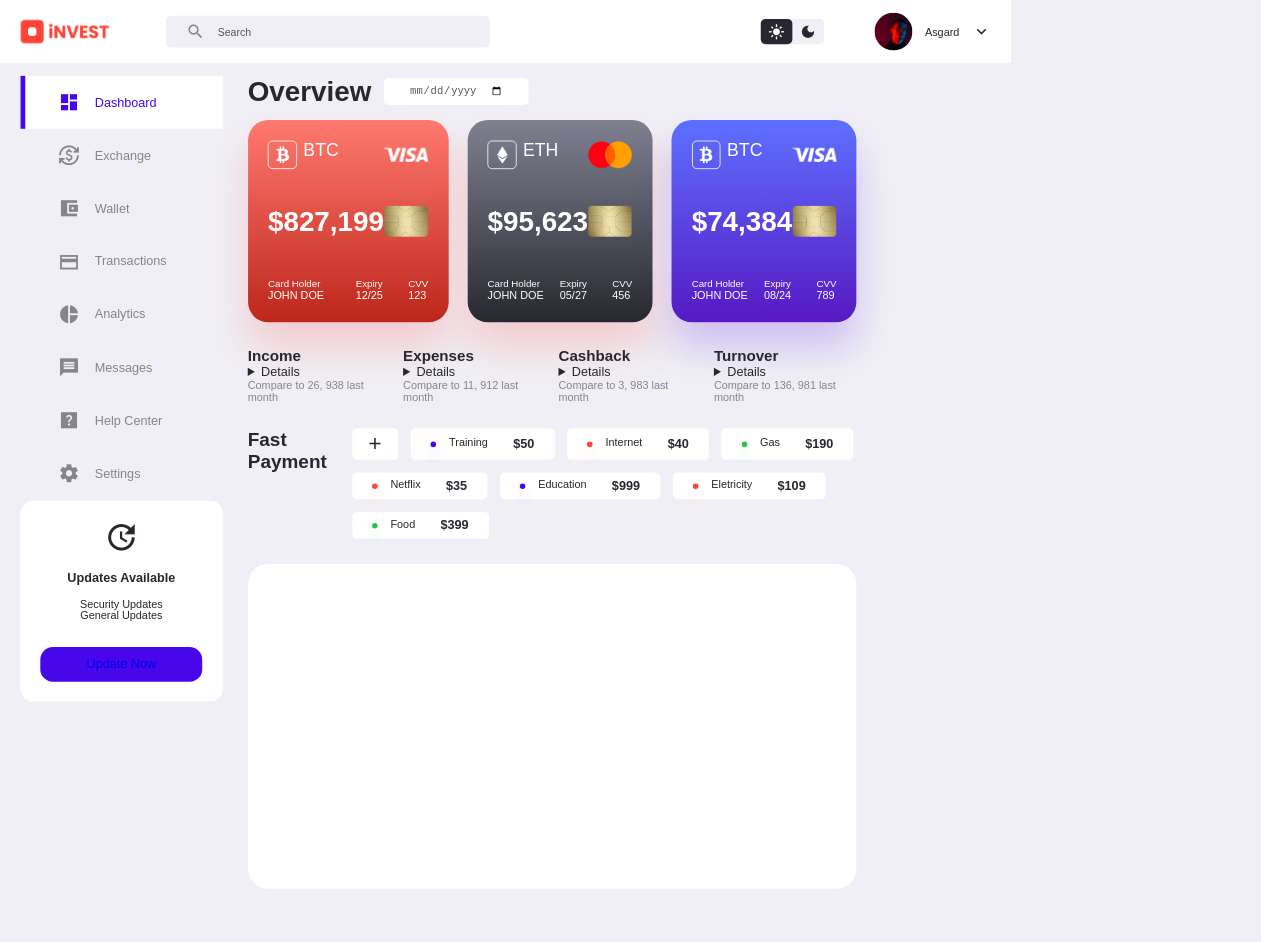
Repository: eziocdl/Admin_Dash
Page: index.html
These files come from the project's save history. The page is drawn as it stood at one moment and after the next save; the edit follows.
The browser window is 1280 px wide. The page is 1596 px wide, so the pictures cover 1596 px, including what lies to the right of the window. The pictures show the whole page, at 79% of full size.
Some web libraries are served in a nearby version.

Above is the page before, as saved 2023-06-14 14:44:08.
Console error: TypeError: chart is not a constructor

### index.html
<!DOCTYPE html>
<html lang="pt-BR">
<head>
    <meta charset="UTF-8">
    <meta http-equiv="X-UA-Compatible" content="IE=edge">
    <meta name="viewport" content="width=device-width, initial-scale=1.0">
    <title>DashBoard Responsiva</title>
    <!--MATERIAL ICONS CDN-->
    <link href="https://fonts.googleapis.com/icon?family=Material+Icons+Sharp" rel="stylesheet">
    <!--GOOGLE FONTES (POPPINS)-->
    <link rel="preconnect" href="https://fonts.googleapis.com">
<link rel="preconnect" href="https://fonts.gstatic.com" crossorigin>
<link href="https://fonts.googleapis.com/css2?family=Poppins:wght@300;400;500;600;700&display=swap"
   rel="stylesheet">
    <!--STYLESHEET-->
<link rel="stylesheet" href="style.css">
</head>
<body>
    <!--NAVEGACAO-->
    <nav>
        <div class="container">
            <img src="./images/logo.png" class="logo">
            <div class="search-bar">
                <span class="material-icons-sharp">search</span>
                <input type="search" placeholder="Search">
            </div>
            <div class="profile-area">
                <div class="theme-btn">
                    <span class="material-icons-sharp active">light_mode</span>
                    <span class="material-icons-sharp">dark_mode</span>
            </div>
            <div class="profile">
                    <div class="profile-photo">
                        <img src="./images/profile-1.jpg">
                    </div>
                    <h5>Asgard</h5>
                    <span class="material-icons-sharp">expand_more</span>
            </div>
            <button id="menu-btn">
                    <span class="material-icons-sharp">menu</span>
                </button>

            </div>

        </div>
    </nav>
    <!--FINAL DA NAVEGACAO-->

    <main>
        <aside>
            <button id="close-btn">
                <span class="material-icons-sharp">close</span>

            </button>

            <div class="sidebar">
                <a href="#" class="active">
                    <span class="material-icons-sharp">dashboard</span>
                    <h4>Dashboard</h4>
                </a>

                <a href="#">
                    <span class="material-icons-sharp">currency_exchange</span>
                    <h4>Exchange</h4>
                </a>

                <a href="#">
                    <span class="material-icons-sharp">account_balance_wallet</span>
                    <h4>Wallet</h4>
                </a>

                <a href="#">
                    <span class="material-icons-sharp">payment</span>
                    <h4>Transactions</h4>
                </a>

                <a href="#">
                    <span class="material-icons-sharp">pie_chart</span>
                    <h4>Analytics</h4>
                </a>

                <a href="#">
                    <span class="material-icons-sharp">message</span>
                    <h4>Messages</h4>
                </a>

                <a href="#">
                    <span class="material-icons-sharp">help_center</span>
                    <h4>Help Center</h4>
                </a>

                <a href="#">
                    <span class="material-icons-sharp">settings</span>
                    <h4>Settings</h4>
                </a>
            </div>
            <!------------------FINAL DO SIDEBAR------------------------------------------------>
            <div class="updates">
                <span class="material-icons-sharp">update</span>
                    <h4>Updates Available</h4>
                    <p>Security Updates</p>
                    <p>General Updates</p>
                    <a href="#">Update Now</a>
            </div>
        </aside>
        <!--FINAL DO ASIDE-->

        <section class="middle">
            <div class="header">
                <h1>Overview</h1>
                <input type="date">
            </div>

            <div class="cards">
                <div class="card">
                    <div class="top">
                        <div class="left">
                            <img src="./images/BTC.png">
                            <h2>BTC</h2>
                        </div>
                        <img src="./images/visa.png" class="right">
                    </div>

                    <div class="middle">
                             <h1>$827,199</h1>
                             <div class="chip">
                               <img src="./images/card chip.png">
                            </div>
                    </div>

                    <div class="bottom">
                        <div class="left">
                           <small>Card Holder</small>
                           <h5>JOHN DOE</h5>
                        </div>

                        <div class="right">
                            <div class="expiry">
                                <small>Expiry</small>
                                <h5>12/25</h5>
                            </div>
                            <div class="cvv">
                                <small>CVV</small>
                                <h5>123</h5>
                            </div>
                        </div>
                    </div>
                </div>
                <!-------------------FINAL DO CARTAO------------------------------------------------->
                <div class="card">
                    <div class="top">
                        <div class="left">
                            <img src="./images/ETH.png">
                            <h2>ETH</h2>
                        </div>
                        <img src="./images/master card.png" class="right">
                    </div>

                    <div class="middle">
                        <h1>$95,623</h1>
                        <div class="chip">
                            <img src="./images/card chip.png">
                        </div>
                    </div>

                    <div class="bottom">
                        <div class="left">
                           <small>Card Holder</small>
                           <h5>JOHN DOE</h5>
                        </div>

                        <div class="right">
                            <div class="expiry">
                                <small>Expiry</small>
                                <h5>05/27</h5>
                            </div>
                            <div class="cvv">
                                <small>CVV</small>
                                <h5>456</h5>
                            </div>
                        </div>
                    </div>
                </div>
                <!-------------------FINAL DO CARTAO 1------------------------------------------------->

                <div class="card">
                    <div class="top">
                        <div class="left">
                            <img src="./images/BTC.png">
                            <h2>BTC</h2>
                        </div>
                     <img src="./images/visa.png" class="right">
                    </div>

                    <div class="middle">
                        <h1>$74,384</h1>
                        <div class="chip">
                            <img src="./images/card chip.png">
                        </div>

                    </div>

                    <div class="bottom">
                        <div class="left">
                           <small>Card Holder</small>
                           <h5>JOHN DOE</h5>
                        </div>

                        <div class="right">
                            <div class="expiry">
                                <small>Expiry</small>
                                <h5>08/24</h5>
                            </div>
                            <div class="cvv">
                                <small>CVV</small>
                                <h5>789</h5>
                            </div>
                        </div>
                    </div>
                </div>
                <!-------------------FINAL DO CARTAO 2------------------------------------------------->
            </div>

            <!-------------------FINAL DOS CARDS-------------------------------------------------->
            <div class="monthly-report">
                <div class="report">
                     <h3>Income</h3>
                     <div>
                        <details>
                            <h1>29,023</h1>
                            <h6 class="success">+3.5%</h6>
                        </details>
                        <p class="text-muted">Compare to 26,
                        938 last month</p>
                     </div>
                </div>
               <!-- END OF INCOME REPORT--->
                <div class="report">
                    <h3>Expenses</h3>
                    <div>
                       <details>
                           <h1>9,005</h1>
                           <h6 class="danger">-6.5%</h6>
                       </details>
                       <p class="text-muted">Compare to 11,
                       912 last month</p>
                    </div>
               </div>
               <!-- END OF EXPENSES REPORT --->
               <div class="report">
                     <h3>Cashback</h3>
                     <div>
                        <details>
                            <h1>4,7004</h1>
                            <h6 class="success">+7.5%</h6>
                        </details>
                        <p class="text-muted">Compare to 3,
                        983 last month</p>
                     </div>
                </div>
                <!-- END OF CASHBACK REPORT --->
                <div class="report">
                     <h3>Turnover</h3>
                     <div>
                        <details>
                            <h1>118,900</h1>
                            <h6 class="danger">+17.8%</h6>
                        </details>
                        <p class="text-muted">Compare to 136,
                        981 last month</p>
                     </div>
                </div>
                <!-- END OF TURNOVER REPORT --->
            </div>

            <!--END OF MONTLY REPORT-->
            <div class="fast-payment">
                 <h2>Fast Payment</h2>
                 <div class="badges">
                      <div class="badge">
                        <span class="material-icons-sharp">
                        add</span>
                      </div>
                      <div class="badge">
                           <span class="bg-primary"></span>
                           <div>
                              <h5>Training</h5>
                              <h4>$50</h4>
                           </div>
                      </div>
                       <div class="badge">
                           <span class="bg-danger"></span>
                           <div>
                              <h5>Internet</h5>
                              <h4>$40</h4>
                           </div>
                      </div>
                      <div class="badge">
                           <span class="bg-success"></span>
                           <div>
                              <h5>Gas</h5>
                              <h4>$190</h4>
                           </div>
                      </div>
                      <div class="badge">
                           <span class="bg-danger"></span>
                           <div>
                              <h5>Netflix</h5>
                              <h4>$35</h4>
                           </div>
                      </div>
                      <div class="badge">
                           <span class="bg-primary"></span>
                           <div>
                              <h5>Education</h5>
                              <h4>$999</h4>
                           </div>
                      </div>
                      <div class="badge">
                           <span class="bg-danger"></span>
                           <div>
                              <h5>Eletricity</h5>
                              <h4>$109</h4>
                           </div>
                      </div>
                      <div class="badge">
                           <span class="bg-success"></span>
                           <div>
                              <h5>Food</h5>
                              <h4>$399</h4>
                           </div>
                      </div>
                </div>
            </div>

            <!--END OF PAYMENT---------------->

            <canvas id="chart"></canvas>

        </section>
        <!--FINAL DO MIDDLE-->
        <section class="right">

        </section>
         <!--FINAL DO MIDDLE-->


    </main>
    <!--===========================FINAL DO ASIDE======================================================-->

    <script src="https://cdnjs.cloudflare.com/ajax/libs/Chart.js/3.6.0/chart.min.js"
     integrity="sha512-GMGzUEevhWh8Tc/njS0bDpwgxdCJLQBWG3Z2Ct+JGOpVnEmjvNx6ts4v6A2XJf1HOrtOsfhv3hBKpK9kE5z8AQ=="
     crossorigin="anonymous" referrerpolicy="no-referrer">
    </script>

    <script src="./main.js"></script>
</body>
</html>

### main.js
const chart = document.querySelector("#chart").getContext('2d');

// create a new chart instance
new chart(chart, {
    type: 'line',
    data: {
        labels: [ 'jan', 'Feb', 'Mar', 'Apr', 'May', 'Jun',
         'Jul', 'Aug', 'Sep', 'Out', 'Nov'],

        dataseats: [
            {
                label: 'BTC',
                data: [29374, 33537, 49631, 59095, 57828, 36684,
                     33572, 39974, 48847, 48116, 61004],
                borderColor: 'red',
                borderWidth: 2
            },

            {
                label: 'ETH',
                data: [31500, 41000, 88800, 26000, 46000, 32698,
                      5000, 3000, 18656, 24832, 36844],
                borderColor: 'red',
                borderWidth: 2
            },

            {
                label: 'BTC',
                data: [29374, 33537, 49631, 59095, 57828, 36684,
                     33572, 39974, 48847, 48116, 61004],
                borderColor: 'red',
                borderWidth: 2
            },




        ]

    },
    options: {
        responsive: true
    }
})

Loaded but not shown: style.css (502 lines, source omitted)

After the next save:
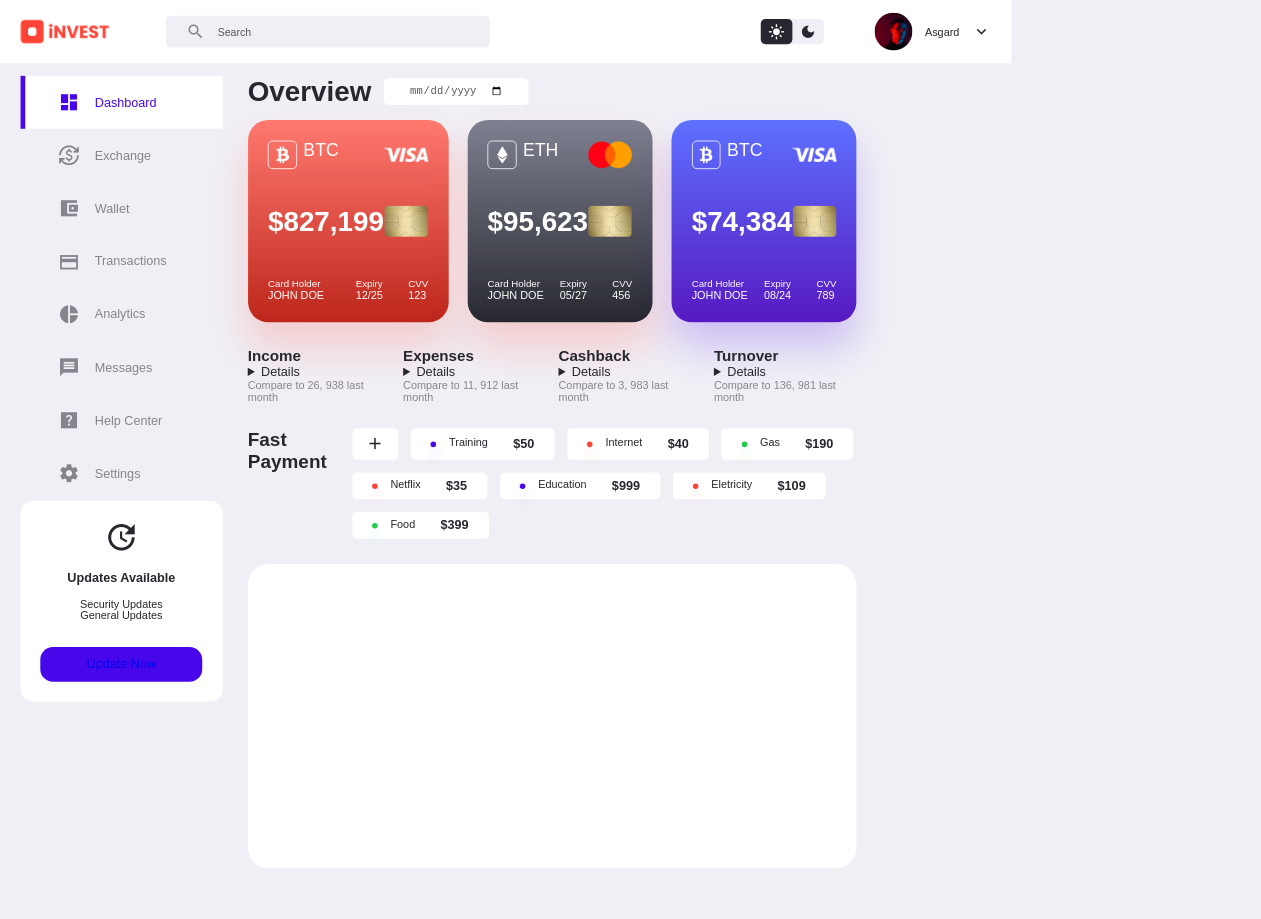
The error is gone.
Saved 76 s later.
--- a/main.js
+++ b/main.js
@@ -1,7 +1,7 @@
 const chart = document.querySelector("#chart").getContext('2d');
 
 // create a new chart instance
-new chart(chart, {
+new Chart(chart, {
     type: 'line',
     data: {
         labels: [ 'jan', 'Feb', 'Mar', 'Apr', 'May', 'Jun',
@@ -20,21 +20,9 @@
                 label: 'ETH',
                 data: [31500, 41000, 88800, 26000, 46000, 32698,
                       5000, 3000, 18656, 24832, 36844],
-                borderColor: 'red',
+                borderColor: 'blue',
                 borderWidth: 2
-            },
-
-            {
-                label: 'BTC',
-                data: [29374, 33537, 49631, 59095, 57828, 36684,
-                     33572, 39974, 48847, 48116, 61004],
-                borderColor: 'red',
-                borderWidth: 2
-            },
-
-
-
-
+            }
         ]
 
     },
